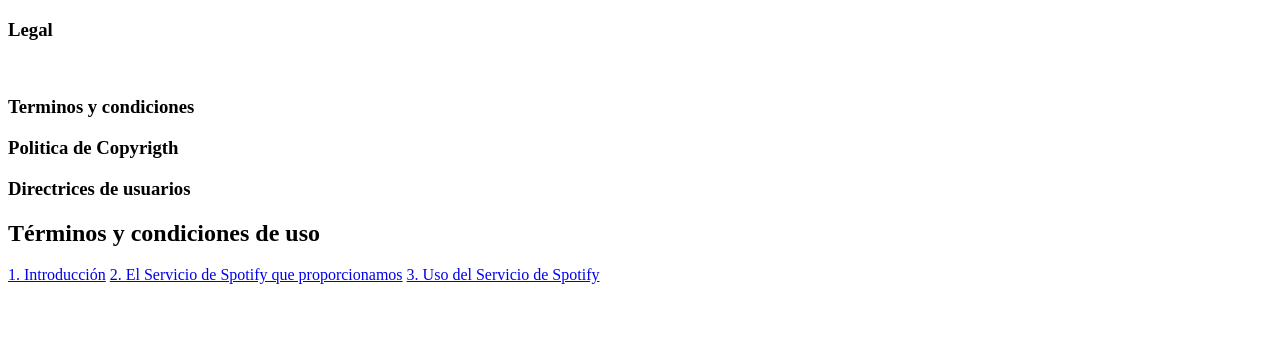
Repository: Devbenitez/Gen_30
Page: Gen_30/Maquetado/practicas/index.html
An editor plug-in stored every save of this project. The page is shown before and after the next save, followed by the edit.
The browser window is 1280 px wide. The pictures show the whole page.

Above is the page before, as saved 2023-11-07 23:02:05.

After the next save:
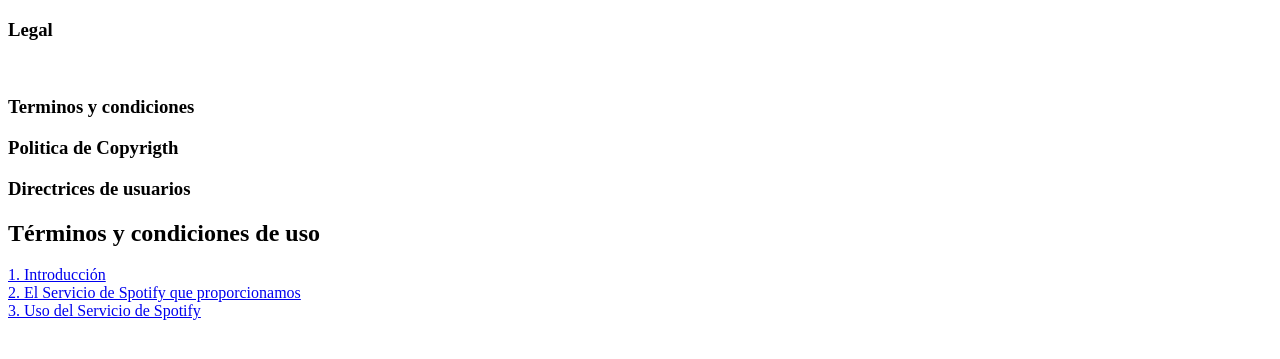
Saved 38 s later.
--- a/Gen_30/Maquetado/practicas/index.html
+++ b/Gen_30/Maquetado/practicas/index.html
@@ -17,9 +17,9 @@
     <h1>Términos y condiciones de uso</h1>
 </section>
 <section>
-    <a href="#1. Introducción">1. Introducción</a>
-    <a href="#2. El Servicio de Spotify que proporcionamos">2. El Servicio de Spotify que proporcionamos</a>
-    <a href="#3. Uso del Servicio de Spotify">3. Uso del Servicio de Spotify</a>
+    <a href="#1. Introducción">1. Introducción</a><br />
+    <a href="#2. El Servicio de Spotify que proporcionamos">2. El Servicio de Spotify que proporcionamos</a><br />
+    <a href="#3. Uso del Servicio de Spotify">3. Uso del Servicio de Spotify</a><br />
 </section>
 
 
